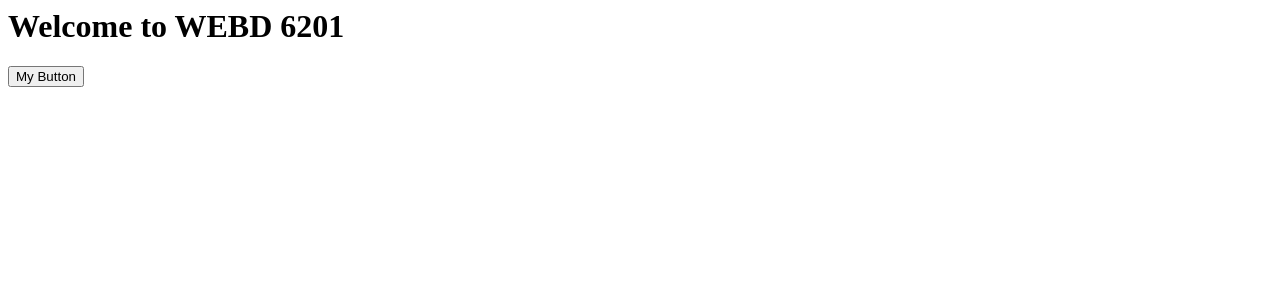
Repository: AshokSasi/WEBD6201-ASasitharan-ICE6
Page: Views/content/home.html
These files come from the project's save history. The page is drawn as it stood at one moment and after the next save; the edit follows.
The browser window is 1280 px wide. The pictures show the whole page.

Above is the page before, as saved 2021-03-03 08:36:50.

After the next save:
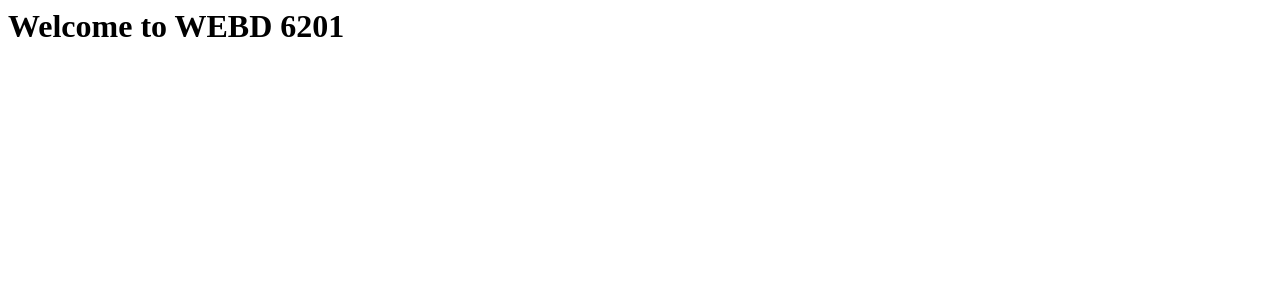
Saved 5 s later.
--- a/Views/content/home.html
+++ b/Views/content/home.html
@@ -1,3 +1,2 @@
 <h1>Welcome to WEBD 6201</h1>
 <p id="paragraphOne"></p>
-<button>My Button</button>
